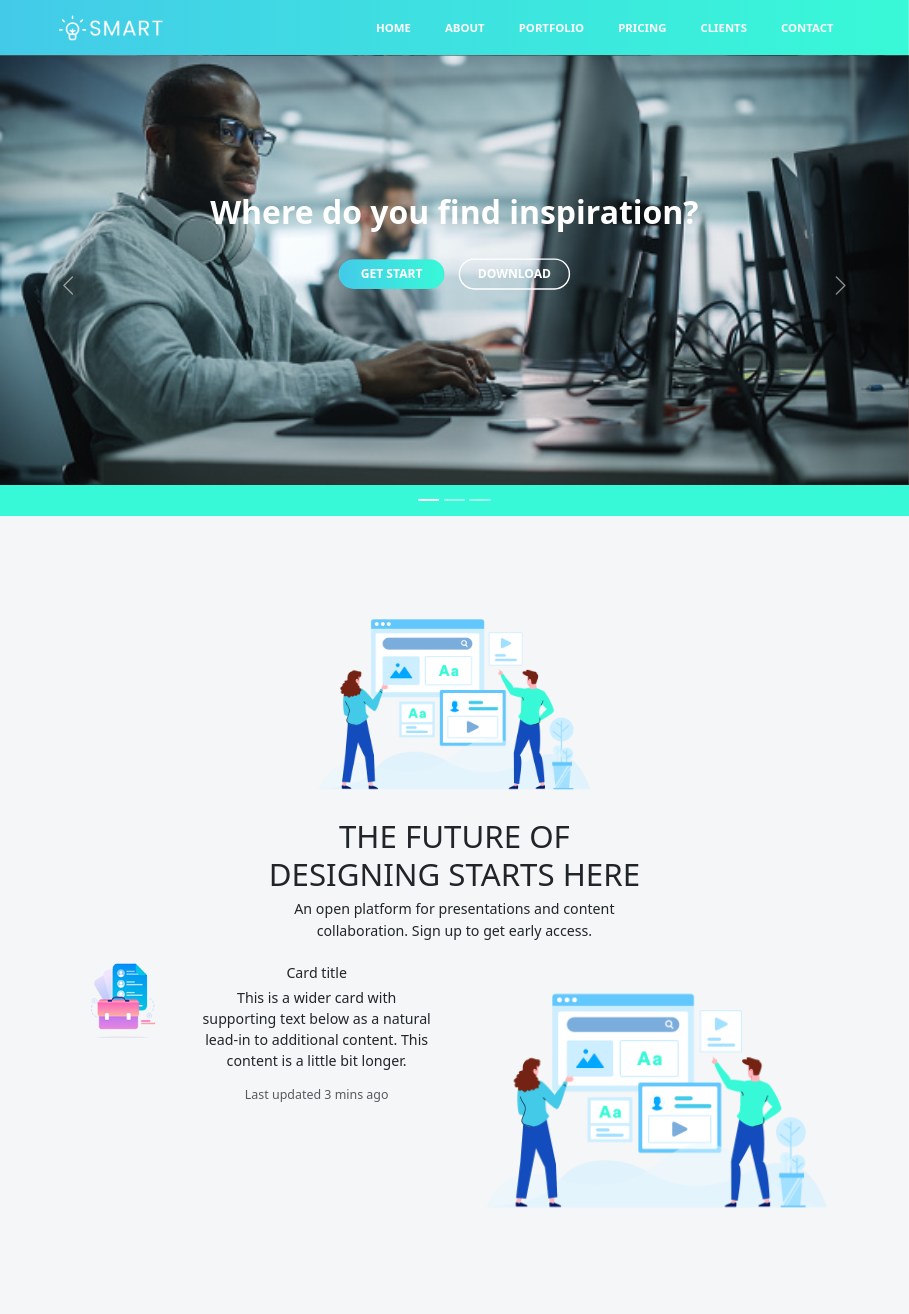
Repository: rizwan-zafar/smart-React
Page: /
An editor plug-in stored every save of this project. The page is shown before and after the next save, followed by the edit.
The browser window is 1280 px wide. The pictures show the whole page, at 71% of full size.
The project was rebuilt for these pictures with package versions that can differ from the ones it lists, and the page was loaded fresh each time.

Above is the page before, as saved 2022-11-17 11:17:10.

### public/index.html
<!DOCTYPE html>
<html lang="en">
  <head>
    <meta charset="utf-8" />
    <link rel="icon" href="%PUBLIC_URL%/favicon.ico" />
    <meta name="viewport" content="width=device-width, initial-scale=1" />
    <meta name="theme-color" content="#000000" />
    <meta
      name="description"
      content="Web site created using create-react-app"
    />
    <link rel="apple-touch-icon" href="%PUBLIC_URL%/logo192.png" />
    <!--
      manifest.json provides metadata used when your web app is installed on a
      user's mobile device or desktop. See https://developers.google.com/web/fundamentals/web-app-manifest/
    -->
    <link rel="manifest" href="%PUBLIC_URL%/manifest.json" />
    <!--
      Notice the use of %PUBLIC_URL% in the tags above.
      It will be replaced with the URL of the `public` folder during the build.
      Only files inside the `public` folder can be referenced from the HTML.

      Unlike "/favicon.ico" or "favicon.ico", "%PUBLIC_URL%/favicon.ico" will
      work correctly both with client-side routing and a non-root public URL.
      Learn how to configure a non-root public URL by running `npm run build`.
    -->
    <title>React App</title>
  </head>
  <body>
    <noscript>You need to enable JavaScript to run this app.</noscript>
    <div id="root"></div>

   </body>
</html>

### src/index.js
import React from 'react';
import './index.css';
import "../node_modules/bootstrap/dist/css/bootstrap.min.css"
import "../node_modules/bootstrap/dist/js/bootstrap.min.js"
import "./Components/FontawsomeIcons"
import ReactDOM from 'react-dom/client';
import App from './App';
const root = ReactDOM.createRoot(document.getElementById('root'));
root.render(
  <React.StrictMode>
    <App />
  </React.StrictMode>
);

// If you want to start measuring performance in your app, pass a function
// to log results (for example: reportWebVitals(console.log))
// or send to an analytics endpoint. Learn more: https://bit.ly/CRA-vitals

### src/Components/FontawsomeIcons/index.js
import {library} from "@fortawesome/fontawesome-svg-core"
import {faUser,faBars,faPlus} from "@fortawesome/free-solid-svg-icons"
library.add(faUser,faBars,faPlus)

### src/App.js
 import HomePage from "./Pages/Home"
function App() {
  return (
    <div className="App">
        <HomePage />
    </div>
  );
}

export default App;

### src/Pages/Home.js
import React from 'react'
import Navbar from "../Components/Navbar"
import Slider from "../Components/Slider"
import Service from "../Components/Service";
export default function Home() {
    return (
        <div>
            <Navbar />
            <Slider />
            <Service />
        </div>
    )
}

### src/Components/Navbar.js
import React from 'react'
import "../Css/Navbar.css"

import { FontAwesomeIcon } from "@fortawesome/react-fontawesome"
export default function Navbar() {
    const [hamburgerIcon, setHamburgerIcon] = React.useState('bars')
    const [rotateIcon, setRotateIcon] = React.useState('')
    const handleHumBurger = (hamburgerIcon) => {
        if (hamburgerIcon === 'bars') {
            setRotateIcon('icon-rotate')
            setHamburgerIcon('plus')
        } else {
            setRotateIcon('anti-icon-rotate')
            setHamburgerIcon("bars")
        }
    }
     return (
        <div className="NavContainer">
            <nav className="navbar navbar-expand-lg navbar-dark">
                <div className="container">
                    <a className="navbar-brand" href="/">
                        <img className="img-fluid" src="Images/logo.png" alt="not found" />
                    </a>
                    <div className="navbar-toggler" type="button" data-bs-toggle="collapse"   onClick={() => { handleHumBurger(hamburgerIcon) }} data-bs-target="#navbarNav" aria-controls="navbarNav" aria-expanded="false" aria-label="Toggle navigation">
                        <FontAwesomeIcon  className={rotateIcon} icon={hamburgerIcon}  />
                    </div>
                    <div className="collapse navbar-collapse navSetting" id="navbarNav">
                        <ul className="navbar-nav ms-auto">
                            <li className="nav-item">
                                <a className="nav-link active" aria-current="page" href="/">Home</a>
                            </li>
                            <li className="nav-item">
                                <a className="nav-link" href="/">ABOUT</a>
                            </li>
                            <li className="nav-item">
                                <a className="nav-link" href="/">PORTFOLIO</a>
                            </li>

                            <li className="nav-item">
                                <a className="nav-link" href="/">PRICING</a>
                            </li>

                            <li className="nav-item">
                                <a className="nav-link" href="/">CLIENTS</a>
                            </li>

                            <li className="nav-item">
                                <a className="nav-link" href="/">CONTACT</a>
                            </li>

                        </ul>
                    </div>
                </div>
            </nav>
        </div>
    )
}

### src/Components/Slider.js
import React from 'react'
import "../Css/Slider.css"

export default function Slider() {
    return (
        <div className="sliderContainer">
            <div id="carouselExampleCaptions" className="carousel slide" data-bs-ride="false">

                <div className="carousel-indicators">
                    <button type="button" data-bs-target="#carouselExampleCaptions" data-bs-slide-to="0" className="active" aria-current="true" aria-label="Slide 1"></button>
                    <button type="button" data-bs-target="#carouselExampleCaptions" data-bs-slide-to="1" aria-label="Slide 2"></button>
                    <button type="button" data-bs-target="#carouselExampleCaptions" data-bs-slide-to="2" aria-label="Slide 3"></button>
                </div>

                <div className="carousel-inner">
                    <div className="carousel-item active bg-cover slide-image1">
                        <div className="carousel-caption">
                            <p> If not now, then when?</p>
                            <div>
                                <button className="btn btn1">Get Start</button>
                                <button className="btn btn2">Download</button>
                            </div>
                        </div>
                    </div>
                    <div className="carousel-item active bg-cover slide-image2">
                        <div className="carousel-caption">
                            <p>What does your joy look like today?</p>
                            <div>
                                <button className="btn btn1">Get Start</button>
                                <button className="btn btn2">Download</button>
                            </div>
                        </div>
                    </div>
                    <div className="carousel-item active bg-cover slide-image3">
                        <div className="carousel-caption">
                            <p>Where do you find inspiration?</p>
                            <div>
                                <button className="btn btn1">Get Start</button>
                                <button className="btn btn2">Download</button>
                            </div>
                        </div>
                    </div>
                </div>
                <button className="carousel-control-prev" type="button" data-bs-target="#carouselExampleCaptions" data-bs-slide="prev">
                    <span className="carousel-control-prev-icon" aria-hidden="true"></span>
                    <span className="visually-hidden">Previous</span>
                </button>
                <button className="carousel-control-next" type="button" data-bs-target="#carouselExampleCaptions" data-bs-slide="next">
                    <span className="carousel-control-next-icon" aria-hidden="true"></span>
                    <span className="visually-hidden">Next</span>
                </button>
            </div>
        </div>
    )
}

### src/Components/Service.js
import React from 'react'
import "../Css/Services.css"
export default function Service() {
    return (
        <div className="services">

            <div className="text-center">
                <img class="custom-image" src="/Images/services.png" alt="Services" />
                <div className='container custom-container'>
                    <h4>The future of designing starts here</h4>
                    <p>An open platform for presentations and content collaboration. Sign up to get early access.</p>
                </div>
            </div>
            {/* style={{max-width: 540px;}} */}
            <div className="container text-center">
                <div className="row">
                    <div className="col-xs-12 col-sm-12 col-md-6 col-lg-6 col-xl-6 ">
                        <div class="card mb-3" >
                            <div className="row g-0">
                                <div className="col-md-4">
                                    <img src="/Images/icon-1.png" className="img-fluid rounded-start" alt="..." />
                                </div>
                                <div className="col-md-8">
                                    <div className="card-body text-left">
                                        <h5 className="card-title">Card title</h5>
                                        <p className="card-text">This is a wider card with supporting text below as a natural lead-in to additional content. This content is a little bit longer.</p>
                                        <p className="card-text"><small className="text-muted">Last updated 3 mins ago</small></p>
                                    </div>
                                </div>
                            </div>
                        </div>

                    </div>

                    <div className="col-xs-12 col-sm-12 col-md-6 col-lg-6 col-xl-6 ">
                        <img class="img-fluid" src="/Images/services.png" alt="Services" />

                    </div>

                </div>
            </div>

        </div>
    )
}

### src/Css/Navbar.css

.NavContainer  .navbar-toggler
{
    color:black;
    border:none;
}
.NavContainer .navbar-brand img{
    max-width: 150px;
}
.NavContainer .navbar-dark
{
    background: linear-gradient(to right,#43cae9, #38f9d7 100%)
}

.NavContainer .navbar-nav li{
   padding: 11px 16px;
 }
.NavContainer .navbar-nav li a{
color:#fff;
font-weight: 700;
text-transform: uppercase;
font-size: 16px;
}



@media (min-width: 1200px)
{
.NavContainer .container {
    max-width: 1140px;
}
}


@media (max-width: 991px)
 {
    .NavContainer .navSetting
    {
        position: absolute;
        top: 100%;
        left: 0;
        width: 100%;
        background: linear-gradient(to right,#43cae9, #38f9d7 100%);
        z-index: 8;
        padding: 10px 16px;
        -webkit-box-shadow: 0 3px 6px 0 rgb(0 0 0 / 16%);
        -moz-box-shadow: 0 3px 6px 0 rgba(0, 0, 0, 0.16);
        box-shadow: 0 3px 6px 0 rgb(0 0 0 / 16%);
    }
 }

 .NavContainer .icon-rotate {
   transform:rotate(90deg);
    transition: 0.5s;

  }
 .NavContainer .anti-icon-rotate {
   transform:rotate(-0deg);
    transition: 0.5s;

  }

### src/Css/Slider.css
.sliderContainer .carousel-inner .bg-cover{
     height: 90vh;
     background-size: cover;
     background-repeat: no-repeat;
     background-position: center center;
}
.sliderContainer .slide-image1{
    background-image: url("/public/Images/slider-1.jpg");
}
.sliderContainer .slide-image2{
    background-image: url("/public/Images/slider-2.jpg");
}
.sliderContainer .slide-image3{
    background-image: url("/public/Images/slider-3.jpg");
}

.sliderContainer .carousel-caption
{

    position: absolute;
    right: 15%;
    bottom: 1.25rem;
    left: 15%;
    padding-top: 1.25rem;
    padding-bottom: 1.25rem;
    color: #fff;
    text-align: center;
    font-size: 45px;
    font-weight: bold;
    top: 23vh;

}
.sliderContainer .btn1{

    margin: 10px;
    background: linear-gradient(to right,#43cae9, #38f9d7 100%);
    padding: 7px 30px 7px 30px;
    font-weight: bold;
    color: white;
    font-size: 17px;
    border-radius: 29px;
    text-transform: uppercase;

}

.sliderContainer .btn2{
    margin: 10px;
    background:  transparent;
    padding: 7px 25px 7px 25px;
    font-weight: bold;
    color: white;
    font-size: 17px;
    border-radius: 29px;
    border: 2px solid white;
    text-transform: uppercase;

}
.sliderContainer .carousel-indicators{
    margin-right: 0;
    margin-left: 0;
    margin-bottom: 0;
    background: #38f9d7;
    padding: 10px;
}
@media (max-width: 991px)
 {
    .sliderContainer .carousel-inner .bg-cover
    {
        height: 350px;
    }

   .sliderContainer .carousel-caption
   {
       font-size: 25px ;
       top: 11vh;
       font-weight: bolder;
   }

   .sliderContainer .btn
   {
    font-size: 15px;
    }
   .sliderContainer .btn
   {
    font-size: 15px;
    }

    .sliderContainer .carousel-indicators{
        margin-right: 0;
        margin-left: 0;
        margin-bottom: 0;
        background: transparent;

    }
 }

### src/Css/Services.css
.services{
    padding-top:100px;
    padding-bottom:100px;
    background-color: #f4f6f7;
}
.services h4{
    font-size: 44px;
    text-transform: uppercase;

}
.services p{
    font-size: 20px;
}
.services .custom-image
{
max-width: 34%;
height: auto;
}
.services .custom-container
{
    max-width: 600px;
}
.services .card{
    border: none;
    background-color: transparent;
}
@media (max-width: 991px)
 {
    .services .custom-image
    {
    max-width: 100%;
    height: auto;
    }
    .services h4{
        font-size: 25px;
       text-transform: uppercase;
    }
    .services p{
        font-size: 16px;
     }
 }

Loaded but not shown: src/index.css (common file)

After the next save:
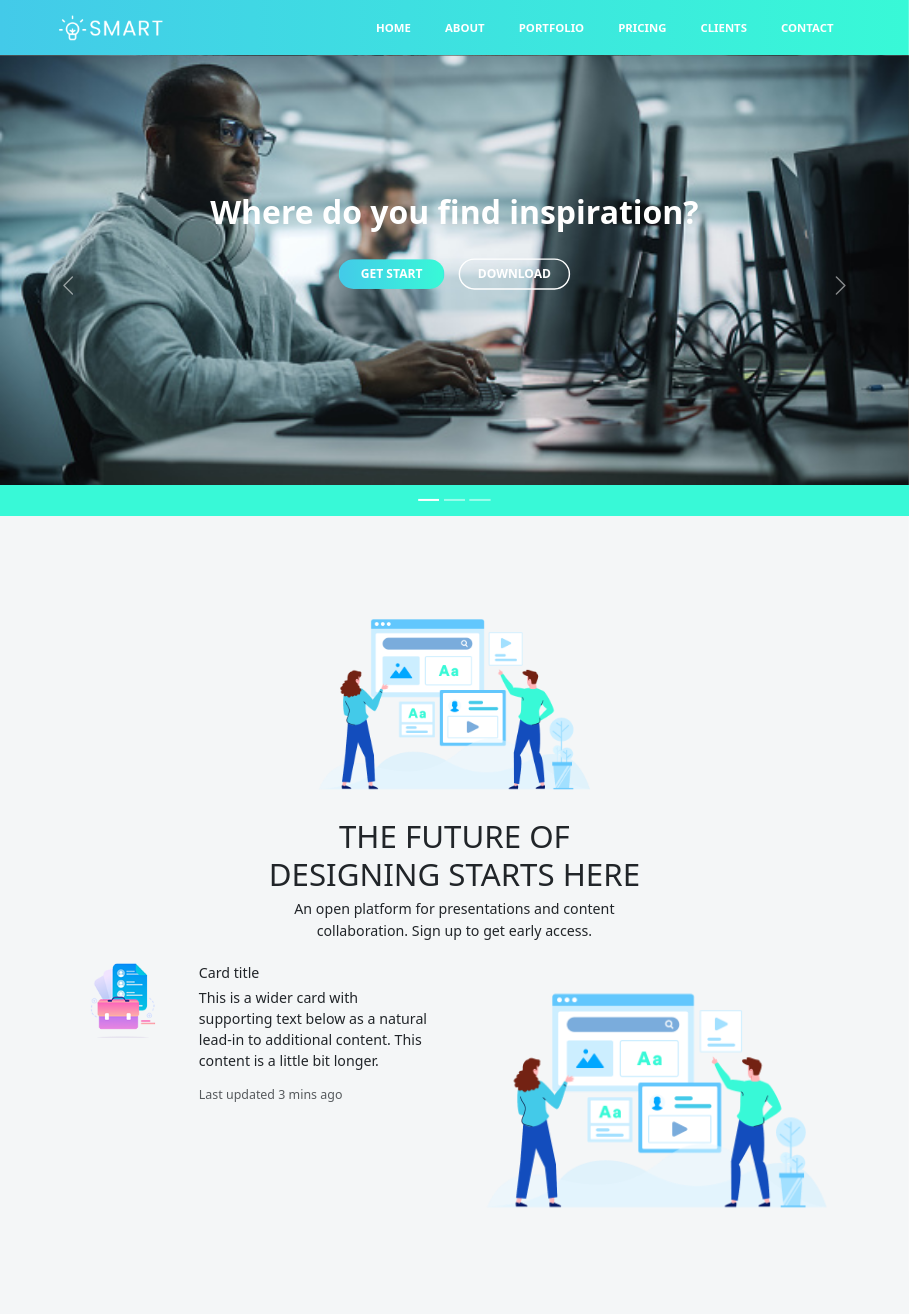
Saved 86 s later.
--- a/src/Components/Service.js
+++ b/src/Components/Service.js
@@ -21,7 +21,7 @@ export default function Service() {
                                     <img src="/Images/icon-1.png" className="img-fluid rounded-start" alt="..." />
                                 </div>
                                 <div className="col-md-8">
-                                    <div className="card-body text-left">
+                                    <div className="card-body text-start">
                                         <h5 className="card-title">Card title</h5>
                                         <p className="card-text">This is a wider card with supporting text below as a natural lead-in to additional content. This content is a little bit longer.</p>
                                         <p className="card-text"><small className="text-muted">Last updated 3 mins ago</small></p>
